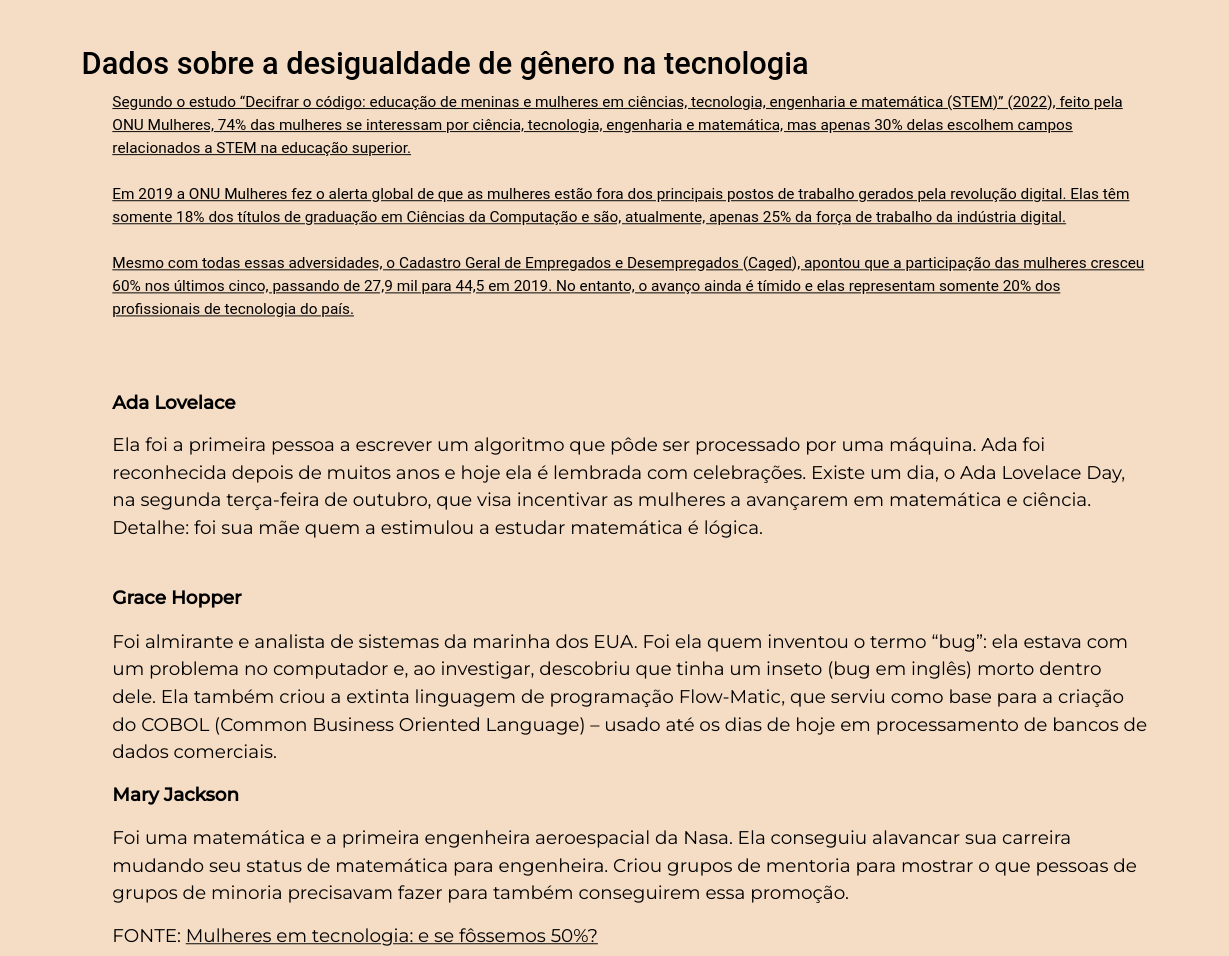
Repository: BellsBarbosa/ODS5_IGUALDADE_DE_GENERO
Page: index.html
The author's editor kept a copy of each file at every save. The page is drawn from the files as they stood at one save, then again after a run of saves.
The browser window is 1280 px wide. The pictures show the part of the page from y = 1260 to 2256 px (the page is 3192 px tall before and 3278 px after), at 96% of full size.
A picture or video elsewhere on the page could not be fetched, so the positions and the page height are approximate.

Above is the page before, as saved 2023-08-11 15:18:47.

### index.html
<!DOCTYPE html>
<html lang="en">

<head>
    <meta charset="UTF-8">
    <meta name="viewport" content="width=device-width, initial-scale=1.0">
    <meta name="author" content="Isabel Barbosa, Bootstrap contributors">
    <title>ODS 5 - Igualdade de Gênero</title>
    <link href="https://cdn.jsdelivr.net/npm/bootstrap@5.3.0-alpha3/dist/css/bootstrap.min.css" rel="stylesheet"
        integrity="sha384-KK94CHFLLe+nY2dmCWGMq91rCGa5gtU4mk92HdvYe+M/SXH301p5ILy+dN9+nJOZ" crossorigin="anonymous">
    <link rel="stylesheet" href="https://cdn.jsdelivr.net/npm/bootstrap-icons@1.10.5/font/bootstrap-icons.css">
    <link rel="preconnect" href="https://fonts.googleapis.com">
    <link rel="preconnect" href="https://fonts.gstatic.com" crossorigin>
    <link
        href="https://fonts.googleapis.com/css2?family=Caveat:wght@500;700&family=Kalam&family=Montserrat:ital,wght@0,300;0,400;0,500;1,400;1,500;1,600&display=swap"
        rel="stylesheet">
    <link rel="stylesheet" href="style.css">
    </script>


</head>

<body>

    <header class="header-menu">
        <nav>
            <img src="IMG/ODS5-1.jpg" alt="ODS5" width="100%" height="100%"></a>
            <ul class="lista-menu">
                <li><a href="#ods">ODS</a> </li>
                <li><a href="#dados">Dados</a></li>
                <li><a href="#destaques">Destaques</a></li>
                <li><a href="#cards">Soluções</a></li>
                <li><a href="#contato">Contatos</a></li>
            </ul>
        </nav>

    </header>


    <div class="container col-xxl-8 px-4 py-5">
        <div class="row flex-lg-row-reverse align-items-center g-5 py-5">
            <div class="col-10 col-sm-8 col-lg-6">
                <img src="IMG/4029136.jpg" class="d-block mx-lg-auto img-fluid" alt="Bootstrap Themes" loading="lazy">
            </div>
            <div class="col-lg-6">
                <h1 class="display-5 fw-bold text-body-emphasis lh-1 mb-3">ODS 5 - IGUALDADE DE GÊNERO</h1>
                <p class="lead">Aumentar o uso de tecnologias de base, em particular as tecnologias de informação
                    <br>e comunicação, para promover o empoderamento das mulheres.
                </p>
                <a href="https://brasil.un.org/pt-br/sdgs/5" class="botao" target="_blank">Saiba mais</a>
                <div class="d-grid gap-2 d-md-flex justify-content-md-start">

                </div>
            </div>
        </div>
    </div>



    <section class="container-fluid" id="ods">
        <div class="row">
            <div class="column">
                <h2 id="h2-margin">O Que são as ODS?</h2>
                <p>Os Objetivos de Desenvolvimento Sustentável são um apelo global à ação para acabar com a
                    pobreza,
                    proteger o meio ambiente e o clima e garantir que as pessoas, em todos os lugares, possam
                    desfrutar de paz e de prosperidade. Estes são os objetivos para os quais as Nações Unidas
                    estão
                    contribuindo a fim de que possamos atingir a Agenda 2030 no Brasil. O objetivo escolhido foi
                    a ODS 5.B: Aumentar o uso de tecnologias de base, em particular as
                    tecnologias de informação e comunicação, para promover o empoderamento das mulheres.
                </p>
                <img src="IMG/odssss-1-scaled.jpg" align-items="left" alt="Crédito da imagem: Estratégia Ods"
                    width="600" height="330">
                </h1>
            </div>

            <div class="column">
                <h2>ODS 5 - Igualdade de Gênero</h2>
                <p><i>Juliette Erath</i></p>
                <p>"A desigualdade de gênero é em grande parte responsável pela diferença no ambiente de
                    trabalho e
                    nas habilidades em relação a um padrão no setor de tecnologia. Para enfrentar essa
                    desigualdade
                    internacional e crescente, um esforço com empenho precisa ser feito para compreender a
                    origem
                    desse problema e solucioná-lo (...) No Brasil, em 2019, apenas 26% dos formados na área STEM
                    eram mulheres." é o que nos diz <a
                        href="https://www.ironhack.com/br/pt/blog/desigualdade-de-genero-na-tecnologia-vamos-discuti-la"
                        class="link" target="_blank">Juliette Erath em seu texto para IRONHACK.</a></p>
                <iframe width="560" height="315" src="https://www.youtube.com/embed/go-VJzRqacE"
                    title="YouTube video player" frameborder="0"
                    allow="accelerometer; autoplay; clipboard-write; encrypted-media; gyroscope; picture-in-picture; web-share"
                    allowfullscreen></iframe>
            </div>
        </div>

    </section>
    <section class="container-fluid" id="dados">
        <article class="container article-lista">
            <div class="dados">
                <h2>Dados sobre a desigualdade de gênero na tecnologia</h2>
                <ul>
                    <li> <a href="https://blog.google/intl/pt-br/novidades/por-dentro-do-google/mind-the-gap-2022-incentivando-meninas-a-ingressarem-em-carreiras-na-area-de-tecnologia/#:~:text=Segundo%20o%20estudo%20%E2%80%9CDecifrar%20o,a%20STEM%20na%20educa%C3%A7%C3%A3o%20superior."
                            class="link" target="_blank">Segundo o estudo “Decifrar o código: educação de
                            meninas e
                            mulheres em ciências, tecnologia, engenharia e matemática (STEM)” (2022), feito pela
                            ONU
                            Mulheres, 74% das mulheres se interessam por ciência, tecnologia, engenharia e
                            matemática,
                            mas apenas 30% delas escolhem campos relacionados a STEM na educação superior.</a>
                    </li> </br>
                    <a href="http://www.onumulheres.org.br/noticias/onu-mulheres-defende-investimentos-publicos-e-privados-em-igualdade-de-genero-para-aumentar-participacao-de-meninas-e-mulheres-em-ciencia-e-tecnologia/"
                        class="link" target="_blank">Em 2019 a ONU Mulheres fez o alerta global de que as
                        mulheres estão
                        fora dos principais postos de trabalho gerados pela revolução digital. Elas têm somente
                        18% dos
                        títulos de graduação em Ciências da Computação e são, atualmente, apenas 25% da força de
                        trabalho da indústria digital.</a></li> </br> </br>
                    <li> <a href="https://www.vittude.com/blog/mulheres-na-tecnologia-os-desafios-femininos-no-setor/"
                            class="link" target="_blank"> Mesmo com todas essas adversidades, o Cadastro Geral
                            de
                            Empregados e Desempregados (Caged), apontou que a participação das mulheres cresceu
                            60% nos
                            últimos cinco, passando de 27,9 mil para 44,5 em 2019. No entanto, o avanço ainda é
                            tímido e
                            elas representam somente 20% dos profissionais de tecnologia do país.</a> </li>
                    </br>
                </ul> <br>

            </div>
        </article>
    </section>

    <section class="container-fluid" id="destaques">
        <article class="container article-lista">
            <div class="destaques">


                <div class="lista-item">
                    <ul>
                        <li>
                            <p class="lista-titulo">Ada Lovelace</p>

                            <p class="lista-descricao">
                                Ela foi a primeira pessoa a escrever um algoritmo que pôde ser processado por
                                uma máquina.
                                Ada foi reconhecida depois de muitos anos e hoje ela é lembrada com celebrações.
                                Existe um
                                dia, o Ada Lovelace Day, na segunda terça-feira de outubro, que visa incentivar
                                as mulheres
                                a avançarem em matemática e ciência. Detalhe: foi sua mãe quem a estimulou a
                                estudar
                                matemática é lógica.</br>
                                </br>
                            </p>
                        </li>

                        <li>
                            <p class="lista-titulo">Grace Hopper</p>

                            <p class="lista-descricao">
                                Foi almirante e analista de sistemas da marinha dos EUA. Foi ela quem inventou o
                                termo
                                “bug”: ela estava com um problema no computador e, ao investigar, descobriu que
                                tinha um
                                inseto (bug em inglês) morto dentro dele. Ela também criou a extinta linguagem
                                de
                                programação Flow-Matic, que serviu como base para a criação do COBOL (Common
                                Business
                                Oriented Language) – usado até os dias de hoje em processamento de bancos de
                                dados
                                comerciais. </br>

                            </p>
                        </li>
                        <li>
                            <p class="lista-titulo">Mary Jackson</p>

                            <p class="lista-descricao">
                                Foi uma matemática e a primeira engenheira aeroespacial da Nasa. Ela conseguiu
                                alavancar sua
                                carreira mudando seu status de matemática para engenheira. Criou grupos de
                                mentoria para
                                mostrar o que pessoas de grupos de minoria precisavam fazer para também
                                conseguirem essa
                                promoção. </br>

                            </p>
                        </li>
                        <p class="fonte">FONTE: <a target="_blanck"
                                href="http://www.onumulheres.org.br/noticias/onu-mulheres-defende-investimentos-publicos-e-privados-em-igualdade-de-genero-para-aumentar-participacao-de-meninas-e-mulheres-em-ciencia-e-tecnologia/">Mulheres
                                em tecnologia: e se fôssemos 50%?</a></p>

                </div>

            </div>

        </article>
    </section>

    <section class="container-fluid" id="cards">
        <div class="row row-cols-1 row-cols-md-3 g-4">
            <div class="col">
                <div class="card">
                    <img src="IMG/criança.jpg" class="card-img-top" alt="...">
                    <div class="card-body">
                        <h5 class="card-title text-center">Introduza meninas ao mundo da tecnologia</h5>
                        <p class="card-text justify-content-evenly">Apresentar as meninas ao mundo da tecnologia expande
                            as chances delas desenvolverem suas habilidades e criatividade,
                            proporcionando a elas a chance de inventar, criar e aprender sobre a área.</p>
                    </div>
                </div>
            </div>
            <div class="col">
                <div class="card">
                    <img src="IMG/mulher_liderança.jpg" class="card-img-top" alt="...">
                    <div class="card-body">
                        <h5 class="card-title text-center">Comemore as mulheres na liderança</h5>
                        <p class="card-text justify-content-evenly">Divulgar a jornadas de mulheres que impactaram na
                            tecnologia, e celebrar o trabalho dessas vitoriosas, irá inspirar
                            nossas meninas e mulheres a iniciar suas próprias carreiras na área tecnológica..</p>
                    </div>
                </div>
            </div>
            <div class="col">
                <div class="card">
                    <img src="IMG/parcerias.jpg" class="card-img-top" alt="...">
                    <div class="card-body">
                        <h5 class="card-title text-center">Estabeleça parcerias e oportunidades</h5>
                        <p class="card-text justify-content-evenly">Realizar parcerias com entidades que utilizam a
                            tecnologia como instrumento para diminuir a desigualdade de gênero irá
                            expandir o alcance desses projetos, aumentando assim a inserção de mulheres na
                            tecnologia.</p>
                    </div>
                </div>
            </div>

        </div>
    </section> <br>


    <footer class="rodape" id="contato">
        <div class="container">
            <div class="row">
                <div class="column">
                    <ul class="lista-rodape">
                        <li> <i class="bi bi-envelope"></i><a href="barbosa.isabelcristina@gmail.com" target="_blank"
                                class="link-icone">
                                barbosa.isabelcristina@gmail.com</a></li>
                        <li><i class="bi bi-linkedin"></i><a href="https://www.linkedin.com/in/isabel-barbosa-aa080456/"
                                target="_blank" class="link-icone"> Isabel Barbosa</a></li>
                        <li><i class="bi bi-github"></i><a href="https://github.com/BellsBarbosa" target="_blank"
                                class="link-icone">
                                BellsBarbosa</a></li>
                        <li><i class="bi bi-arrow-up-square-fill"></i><a href="#top" class="link-icone"> Topo da
                                página</a></li>

                    </ul>
                </div>
                <div class="column">
                    <ul class="lista-rodape">
                        <li>Créditos:</li>
                        <li>Imagem ODS:<a href="https://estrategiaods.org.br/" target="_blank" class="link-icone">
                                Estratégia ODS</a></li>
                        </li>
                        <li>Hero Image:<a
                                href="https://br.freepik.com/vetores-gratis/conceito-de-igualdade-de-genero_8925920.htm#query=igualdade%20de%20genero&position=0&from_view=search&track=ais">Imagem
                                de pikisuperstar</a> no Freepik</li>
                        </li>
                        <li> Video: <a href="https://www.youtube.com/watch?v=go-VJzRqacE&ab_channel=CentroCulturalLight"
                                target="_blank" class="link-icone">
                                Centro Cultural Light</a></li>
                        </li>
                        <li> Card 1: <a
                                href="https://br.freepik.com/fotos-gratis/garotinha-afro-americana-feliz-durante-videochamada-com-laptop_20052825.htm#query=meninas%20na%20tecnologia&position=14&from_view=search&track=ais">Imagem
                                de master1305</a> no Freepik
                        </li>
                        <li> Card 2: <a
                                href="https://br.freepik.com/fotos-gratis/mulher-afro-americana-confiante-com-documentos-em-papel_6882196.htm#query=mulheres%20na%20lideran%C3%A7a&position=19&from_view=search&track=ais">Imagem
                                de pch.vector</a> no Freepik
                        </li>
                        <li> Card 3: <a
                                href="https://br.freepik.com/fotos-gratis/mulheres-de-negocios-felizes-apoiando-uns-aos-outros-e-de-maos-dadas-em-um-cafe_26402023.htm#query=mulheres%20na%20lideran%C3%A7a&position=17&from_view=search&track=ais">Imagem
                                de Drazen Zigic</a> no Freepik
                        </li>
                    </ul>
                </div>
            </div>


        </div>
    </footer>

### style.css
 @import url('https://fonts.googleapis.com/css2?family=Caveat:wght@500;700&family=Kalam&family=Montserrat:ital,wght@0,300;0,400;0,500;1,400;1,500;1,600&display=swap');

 * {

   margin: 0;

   padding: 0;

   outline: 0;
 }

 body {

   font-family: 'Roboto', sans-serif;
   margin: 0;
   background-color: #f5ddc5;
   display: flex;
   min-height: 100vh;
   flex-direction: column;
   margin-top: 0%;
   position: relative;
   width: 100%;
   margin: 0 auto;
   padding: 0;

 }

 p {
   font-size: 1.2em;
   font-family: 'Montserrat', sans-serif;
   color: #000000;

 }

 a {
   color: rgb(0, 0, 0);
 }

 .h2 {
   color: #0b0b0b
 }

 li {

   list-style: none;
 }

 .header-menu {

   display: flex;
   position: fixed;
   width: 100%;
   padding: 8px;
   padding-bottom: 32px;
   padding-top: 32px;
   height: 30px;
   background-color: #6e999c;
 }

 .header-menu nav {
   display: flex;
   justify-content: flex-end;
   width: 100%;
 }

 .lista-menu {
   display: flex;
   justify-content: space-evenly;
   width: 50%;
   align-items: center;
 }

 .lista-menu li>a {
   color: #FFF;
   font-size: 18px;
   text-decoration: inherit;
 }

 .botao {
   border-radius: 8px;
   border: 1px solid #9fadaa;
   color: #9fadaa;
   font-size: 1.2em;
   line-height: 25px;
   text-align: center;
   text-decoration: none;
   text-transform: uppercase;
   padding: 10px 20px 10px 20px;
   position: relative;
   width: 200px;
 }

 .botao a {
   padding-left: 20%;
 }

 .botao a:hover {
   color: #000000;
   font-size: 1.2em;
 }


 .column {
   float: left;
   width: 50%;
   padding: 3%;
   color: #000000;
   text-align: justify;
 }

 /* Clear floats after the columns */
 .row:after {
   content: "";
   display: table;
   clear: both;
 }

 .ods {
   padding-bottom: 3%;
 }

 .dados {
   padding: 3px;
   align-content: center;
   color: #000000
 }

 .destaques {
   padding: 3px;
   align-content: center;
   color: #000000;
   padding-bottom: 3%;
   display: flex;
 }

 .cards {

   padding: 3px;
   align-content: center;
   color: #000000;
   padding-bottom: 3%;
 }

 .lista-titulo {
   font-weight: 600;

 }

 .rodape {
   height: 300px;
   display: flex;
   align-items: center;
   background-color: #6e999c;

 }

 .lista-rodape {
   color: #000000;
   font-weight: 700;
   font-size: 20px;
   margin-bottom: 16px;
   display: flex;
   align-items: flex-start;
   flex-direction: column;

 }

 .estilo-icone {
   font-size: 32px;
   margin-right: 10px;
  }

After the next 5 saves:
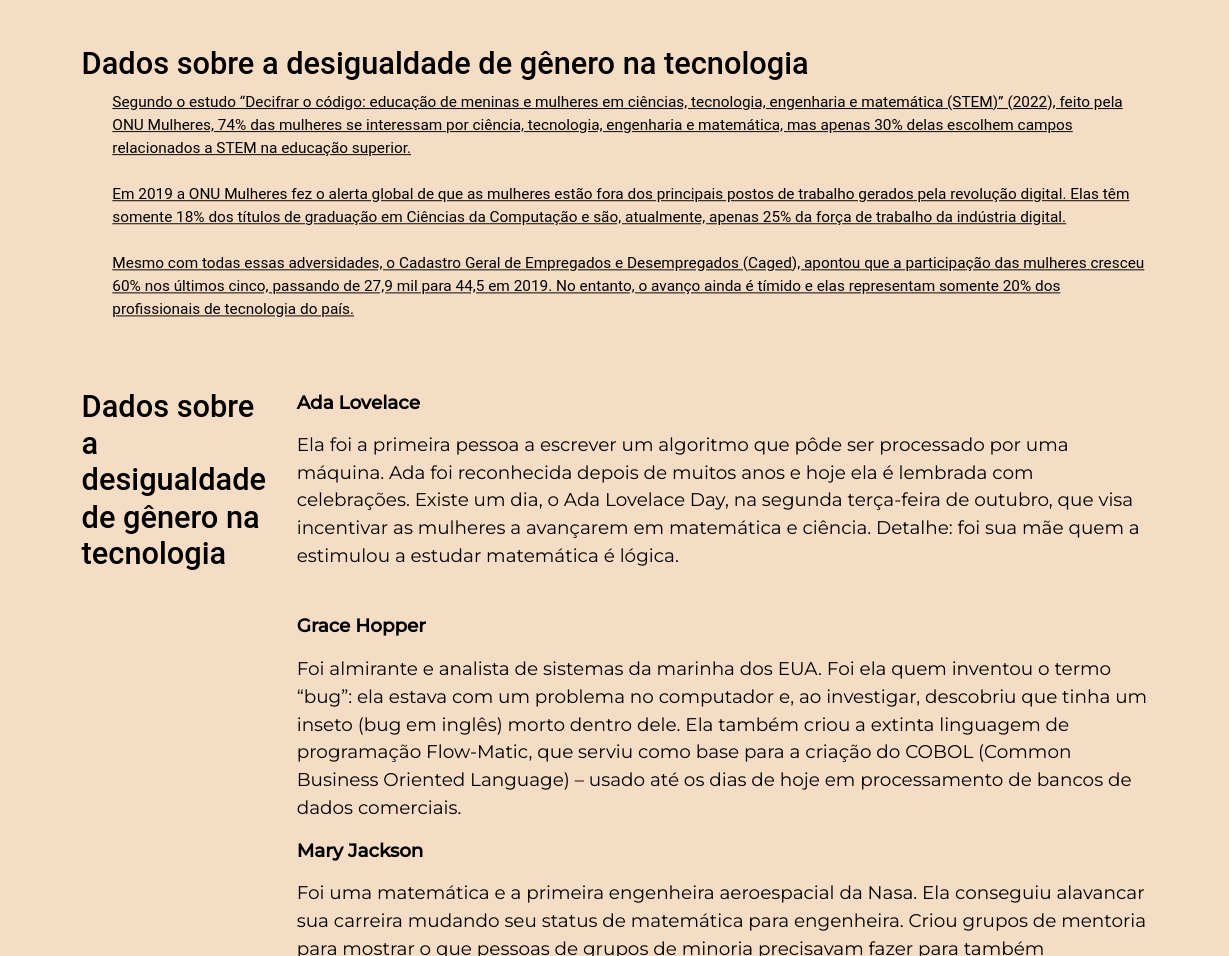
The 5 saves are shown as one change because they came seconds apart.
The last was saved 23 s later.
--- a/index.html
+++ b/index.html
@@ -135,9 +135,8 @@
     <section class="container-fluid" id="destaques">
         <article class="container article-lista">
             <div class="destaques">
-
-
-                <div class="lista-item">
+                <h2>Dados sobre a desigualdade de gênero na tecnologia</h2>
+                                <div class="lista-item">
                     <ul>
                         <li>
                             <p class="lista-titulo">Ada Lovelace</p>
